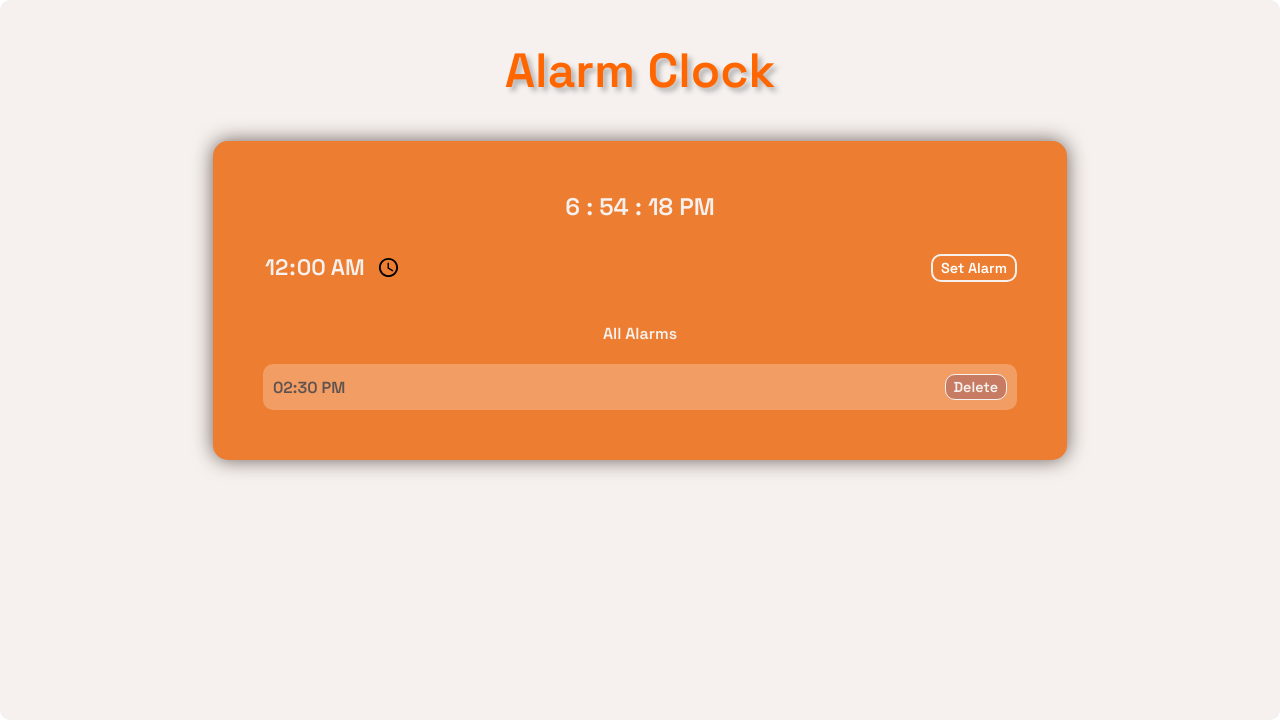
Repository: Pragya016/Alarm-Clock
Page: Index.html
An editor plug-in stored every save of this project. The page is shown before and after the next save, followed by the edit.
The browser window is 1280 px wide. The pictures show the whole page.

Above is the page before, as saved 2024-01-19 22:24:39.

### Index.html
<!DOCTYPE html>
<html lang="en">

<head>
    <meta charset="UTF-8">
    <meta name="viewport" content="width=device-width, initial-scale=1.0">
    <!-- css stylesheet -->
    <link rel="stylesheet" href="styles.css">

    <title>Alarm Clock</title>
</head>

<body>
    <div id="box">
        <h1>Alarm Clock</h1>
        <div class="container">

            <!-- showing the current time -->
            <div id="current-time">
                <h2 class="cur-time"></h2>
            </div>

            <!-- to set the alarm -->
            <div id="set-alarm">
                <h3>
                    <input type="time" class="set-time" value="00:00">
                </h3>
                <button type="button" id="set-alarm-btn">
                    Set Alarm
                </button>
            </div>

            <!-- list of alarms that are already been set -->
            <div id="all-alarms">
                <p class="heading"><b>All Alarms</b>
                </p>
                <div class="alarm">
                    <p class="preSetAlarmTime">
                        02:30 PM
                    </p>
                    <button type="button" class="dlt-alarm-btn">
                        Delete
                    </button>
                </div>
            </div>
        </div>
    </div>
    <!-- script -->
    <script src="clock.js"></script>
</body>

</html>

### styles.css
@import url('https://fonts.googleapis.com/css2?family=IBM+Plex+Mono:wght@700&family=Space+Grotesk:wght@600&display=swap');

/* default css styles */
:root {
    --creamColor : #F6F1EE;
    --orangeShadeDark : #ff6600;
    --OrangeColor : #ED7D31;
    --brownColor : #6C5F5B;
    --brownShadeDarker : #5f534f;
    --orangeShadeDarker : #ba4c28;
}

body, html{
    margin: 0;
    padding: 0;
}

*{
    box-sizing: border-box;
    margin: 0;
        font-family: 'IBM Plex Mono', monospace;
font-family: 'Space Grotesk', sans-serif;
}

/* main container */
#box{
    height: 100vh;
    padding: 30px;
    width: 100%;
    margin: auto;
    border-radius: 10px;
    background-color: var(--creamColor);
}

#box h1{
    color: var(--orangeShadeDark);
    text-align: center;
    margin-top: 10px;
    font-size: 3rem;
    overflow: hidden;
    text-shadow: 4px 4px 5px rgb(179, 178, 178);
}

/* ----------------------------- */

.container {
    color: var(--creamColor);
    height: auto;
    width: 70%;
    overflow: scroll;
    margin: 40px auto 0;
    padding: 50px;
    font-family: Arial, Helvetica, sans-serif;
    display: flex;
    flex-direction: column;
    /* letter-spacing: 3px; */
    align-items: center;
    border-radius: 15px;
    background-color: var(--OrangeColor);
    box-shadow: 0px 0px 20px var(--brownColor);
}

/* ----------------------------- */
/* set alarm container */

#set-alarm {
    display: flex;
    justify-content: space-between;
    width: 100%;
    margin: 30px auto 20px auto;
}

.set-time {
    border: none;
    background-color: #00000000;
    color: var(--creamColor);
}

.set-time{
    border: none;
    font-size: larger;
    font-weight: 600;
}

/* ----------------------------- */
/* all alarms container */

#all-alarms {
    margin-top: 20px;
    display: flex;
    justify-content: space-between;
    width: 100%;
    height: auto;
    flex-direction: column;
    align-items: center;
}

#all-alarms .heading {
    color: var(--creamColor);
}

.alarm{
    display: flex;
    justify-content: space-between;
    width: 100%;
    padding: 10px;
    background-color: rgba(255, 255, 255, 0.247);
    margin-top: 20px;align-items: center;
    border-radius: 10px;
}

.alarm .preSetAlarmTime {
    font-size: 1rem;
    color: var(--brownShadeDarker);
}

.dlt-alarm-btn{
    border: 1px solid var(--creamColor);;
    background-color: hsl(15, 47%, 58%);
    color: var(--creamColor);
}

.dlt-alarm-btn:hover {
    border-color:var(--orangeShadeDarker);
    background-color: #F6F1EE;
    color: var(--orangeShadeDarker);
}

/* ----------------------------- */

button {
    width: auto;
    margin: auto 0;
    border-radius: 10px;
    font: 600;
    font-size: 0.9rem;
    border: none;
     padding: 3px 8px;
    border: 2px solid #F6F1EE;;
    background-color: #ED7D31;
    cursor: pointer;
    color: white;
}

button:hover{
   color: #ce5300;
    background-color: var(--creamColor);
}

### clock.js

// selecting all the elements of html
const currentTime = document.querySelector('.cur-time');
const setNewAlarm = document.querySelector('.set-time');
const setNewAlarmBtn = document.querySelector('#set-alarm-btn');
const preSetAlarmTime = document.querySelector('.preSetAlarmTime');
const deleteBtn = document.querySelector('.dlt-alarm-btn');
const allAlarmsContainer = document.querySelector('#all-alarms');



// --------------------------------------------
// display the current time

function updateTime() {
    let currentDate = new Date();
    let hours = currentDate.getHours();
    let minutes = currentDate.getMinutes();
    let seconds = currentDate.getSeconds();

    // selecting am or pm
    var ampm = (hours >= 12) ? "PM" : "AM";

    // getting hours minutes and seconds
    hours = (hours < 10) ? "0" + hours : hours - 12;
    minutes = (minutes < 10) ? "0" + minutes : minutes;
    seconds = (seconds < 10) ? "0" + seconds : seconds;

    // setting the tet content to current time
    let currentTimeString = `${hours} : ${minutes} : ${seconds} ${ampm}`;
    currentTime.textContent = currentTimeString;
}

setInterval(updateTime, 1000);
updateTime();


// --------------------------------------------
// setting new alarm

setNewAlarmBtn.addEventListener('click', () => {
    // getting the input value
    const timeInput = setNewAlarm.value;
    let [hourVal, minVal] = timeInput.split(':');

        // console.log(minVal, hourVal)
        if (hourVal === '00') {
            hourVal = 12;
        }

        // html for newly created alarm
    const newAlarm = `
            <div class="alarm">
                <p class="preSetAlarmTime">
                    ${hourVal}:${minVal} ${hourVal >= 12 ? 'PM' : 'AM'}
                </p>
                <button type="button" class="dlt-alarm-btn">
                    Delete
                </button>
            </div>
        `;

        // inserting the html to the container
        setTimeout(() => {
            allAlarmsContainer.insertAdjacentHTML('beforeend', newAlarm);
            setNewAlarm.value = '00:00';
            startCountDown(hourVal, minVal);
        }, 300);

});

// --------------------------------------------
function startCountDown(hours, minutes) {
    // calculating seconds
    const totalMin = (hours * 60) + minutes;
    let totalSeconds = totalMin * 60;

    setTimeout(() => {
        alert('alarm ended!!')
    }, totalSeconds)
}


// --------------------------------------------
// deleting the alarm
allAlarmsContainer.addEventListener('click', (e) => {
    // checking if delete alarm btn is present or not
    if (e.target.classList.contains('dlt-alarm-btn')) {

        // finding the closest element
        const alarmElement = e.target.closest('.alarm');

        // deleting the alarm
        if (alarmElement) {
            setTimeout(() => {
                alarmElement.remove();
            }, 300);
        }
    }
});

After the next save:
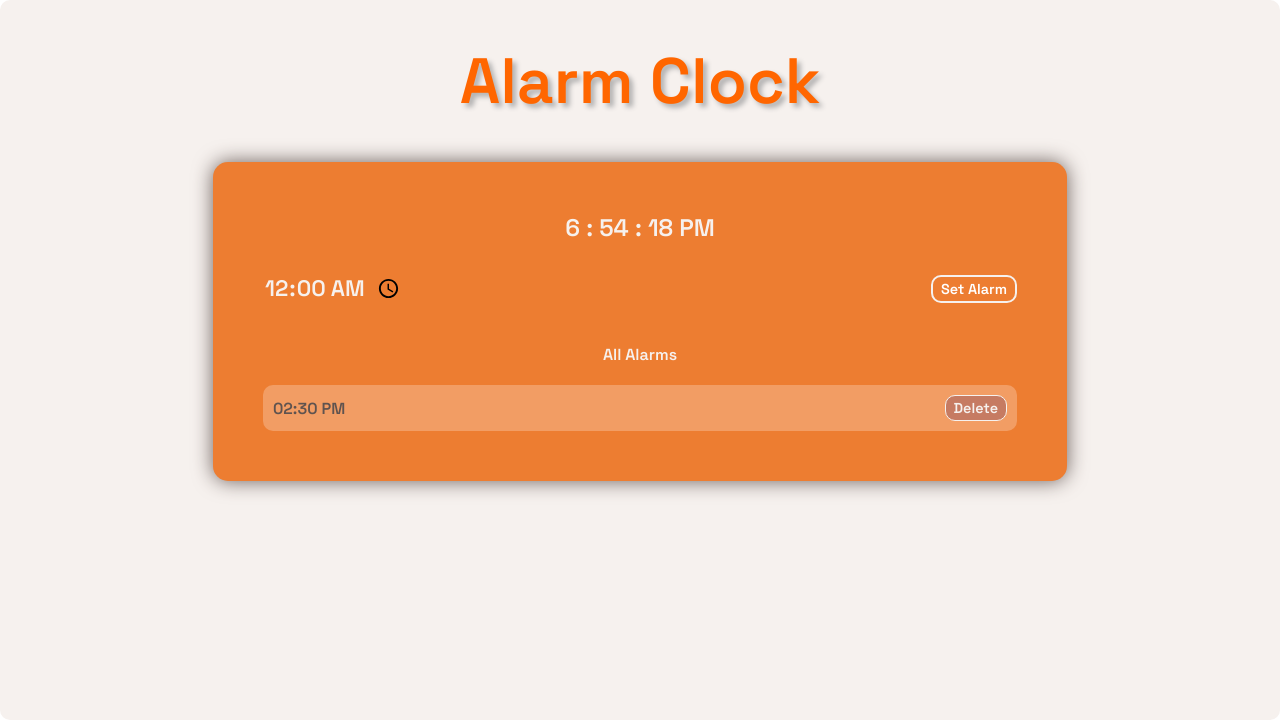
Saved 31 s later.
--- a/styles.css
+++ b/styles.css
@@ -36,7 +36,7 @@ font-family: 'Space Grotesk', sans-serif;
     color: var(--orangeShadeDark);
     text-align: center;
     margin-top: 10px;
-    font-size: 3rem;
+    font-size: 4rem;
     overflow: hidden;
     text-shadow: 4px 4px 5px rgb(179, 178, 178);
 }
